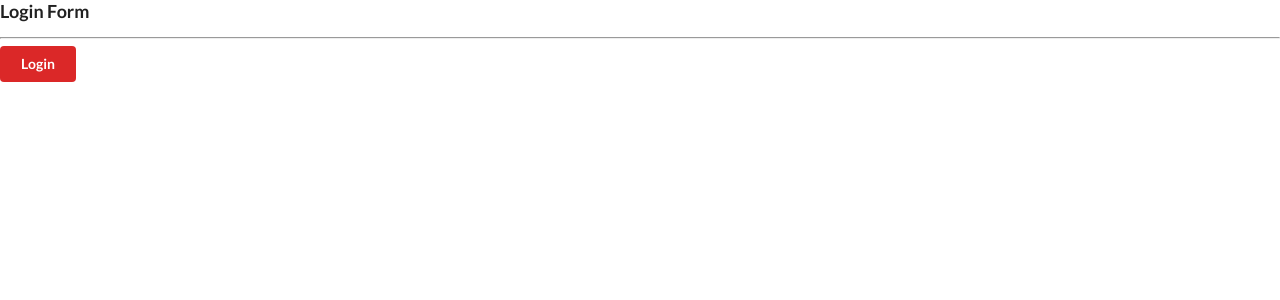
Repository: anagarango/dai-week4-assignment
Page: / (app in dai_web_ex/)
These files come from the project's save history. The page is drawn as it stood at one moment and after the next save; the edit follows.
The browser window is 1280 px wide. The pictures show the whole page.
The project was rebuilt for these pictures with package versions that can differ from the ones it lists, and the page was loaded fresh each time. The framework's server and built-in components were replaced by stand-ins that run in the browser. Also part of the build but not shown: dai_web_ex/next.config.js.

Above is the page before, as saved 2022-09-26 15:58:05.

### dai_web_ex/pages/_app.js
import 'semantic-ui-css/semantic.min.css'

function MyApp({ Component, pageProps }) {
  return <Component {...pageProps} />
}

export default MyApp

### dai_web_ex/pages/index.js
// import { Button } from 'semantic-ui-react'
import {useRouter} from 'next/router'
import LoginForm from '../comps'
// import { Dimmer, Loader, Image, Segment } from 'semantic-ui-react'

// The router and states are mostly used in the page for data/information state management
import {useState} from 'react'

export default function Home() {
  const r = useRouter();
  //before, during, after
  const [logInState, setLogInState] = useState("before")



  var c = "blue"
  var btn_text = "Click Me"

  if(logInState === "before"){
    c = "red";
  } if(logInState === "during"){
    c = "yellow";
    btn_text = "Waiting..."
  } if(logInState === "after"){
    c = "green";
    btn_text = "Transferring you to Dashboard!"
  }



  const HandleButton = () =>{
    if (logInState === "before"){
      setLogInState("during");

    }
    if (logInState === "during"){
      setLogInState("after");

    }
    if (logInState === "after"){
      r.push("/dashboard")
    }
  }

  // async = when it takes time to connect to a server
  const Login = async () => {
    setLogInState("during");
    // its going to take time
    // mock of the time passing -> this code is useless and doesnt do anything
    await new Promise(resolve=>setTimeout(resolve, 3000))

    setLogInState("after");
    // its going to stall for 1-2 seconds
    await new Promise(resolve=>setTimeout(resolve, 2000))

    r.push("/dashboard")

  }

  return (
    <div>
      {/* <Button color={c} onClick={()=>Login()}>{btn_text} */}
      {/* <Segment>
        <Dimmer active> */}
          {/* {logInState === "during" && <Loader active/>} */}
        {/* </Dimmer>
      </Segment> */}
      {/* </Button> */}
      <LoginForm logInState={logInState} onLoginClick={()=>Login()}></LoginForm>

    </div>
  )
}

### dai_web_ex/comps/index.js
import { Button, Loader, Input } from 'semantic-ui-react'

export default function LoginForm({
    logInState="before",
    onLogInClick=()=>{}
}){

    var c = "blue"
    var btn_text = "Click Me";

  if(logInState === "before"){
    c = "red";
    btn_text = "Login"
  }
  if(logInState === "during"){
    c = "yellow";
    btn_text = "Waiting..."
  }
  if(logInState === "after"){
    c = "green";
    btn_text = "Transferring you to Dashboard!"
  }


    return <div>
        <h3>Login Form</h3>
        {/* <Input disabled={logInState !== "before"} placeholder="email"></Input>
        <Input disabled={logInState !== "before"} placeholder="password"></Input> */}
        <hr></hr>
        <Button color={c} onClick={onLogInClick}>{btn_text}
        {logInState === "during" && <Loader active/>}
        </Button>
    </div>
}

After the next save:
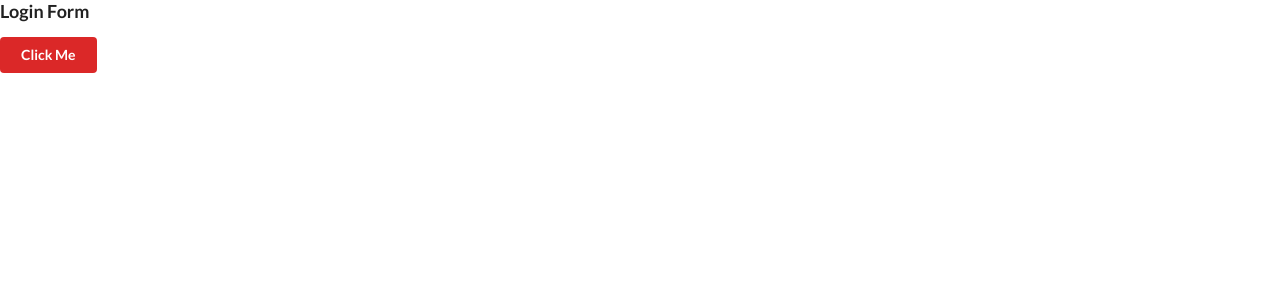
Saved 36 s later.
--- a/dai_web_ex/comps/index.js
+++ b/dai_web_ex/comps/index.js
@@ -1,4 +1,4 @@
-import { Button, Loader, Input } from 'semantic-ui-react'
+import { Button, Loader } from 'semantic-ui-react'
 
 export default function LoginForm({
     logInState="before",
@@ -6,17 +6,14 @@ export default function LoginForm({
 }){
 
     var c = "blue"
-    var btn_text = "Click Me";
+    var btn_text = "Click Me"
 
   if(logInState === "before"){
     c = "red";
-    btn_text = "Login"
-  }
-  if(logInState === "during"){
+  } if(logInState === "during"){
     c = "yellow";
     btn_text = "Waiting..."
-  }
-  if(logInState === "after"){
+  } if(logInState === "after"){
     c = "green";
     btn_text = "Transferring you to Dashboard!"
   }
@@ -24,11 +21,9 @@ export default function LoginForm({
 
     return <div>
         <h3>Login Form</h3>
-        {/* <Input disabled={logInState !== "before"} placeholder="email"></Input>
-        <Input disabled={logInState !== "before"} placeholder="password"></Input> */}
-        <hr></hr>
-        <Button color={c} onClick={onLogInClick}>{btn_text}
+        <Button color={c} onClick={()=>Login()}>{btn_text}
         {logInState === "during" && <Loader active/>}
         </Button>
+
     </div>
 }
